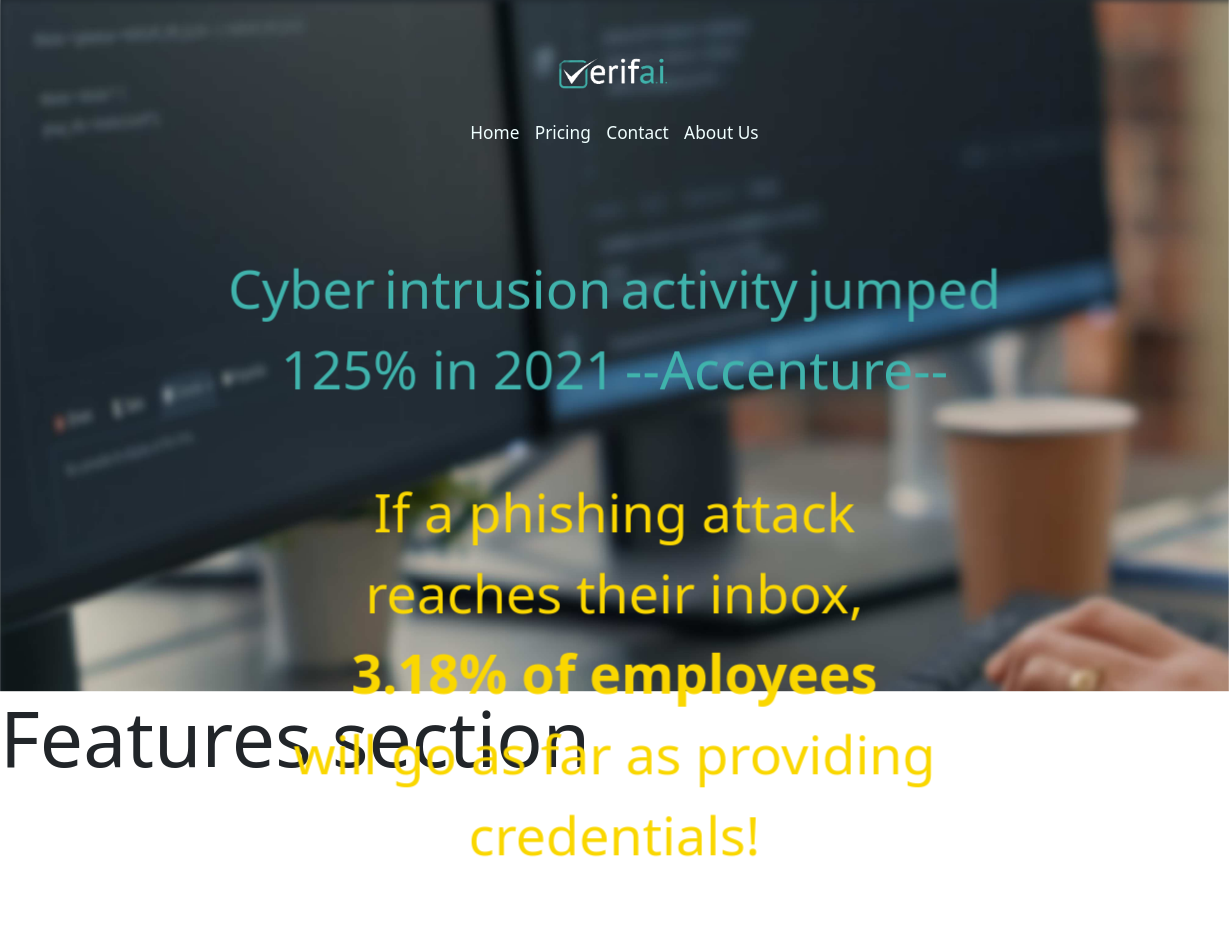
Repository: Ali-VB/verif-website
Page: /
These files come from the project's save history. The page is drawn as it stood at one moment and after the next save; the edit follows.
The browser window is 1280 px wide. The pictures show the whole page, at 96% of full size.
The project was rebuilt for these pictures with package versions that can differ from the ones it lists, and the page was loaded fresh each time.

Above is the page before, as saved 2022-04-19 09:35:28.

After the next save:
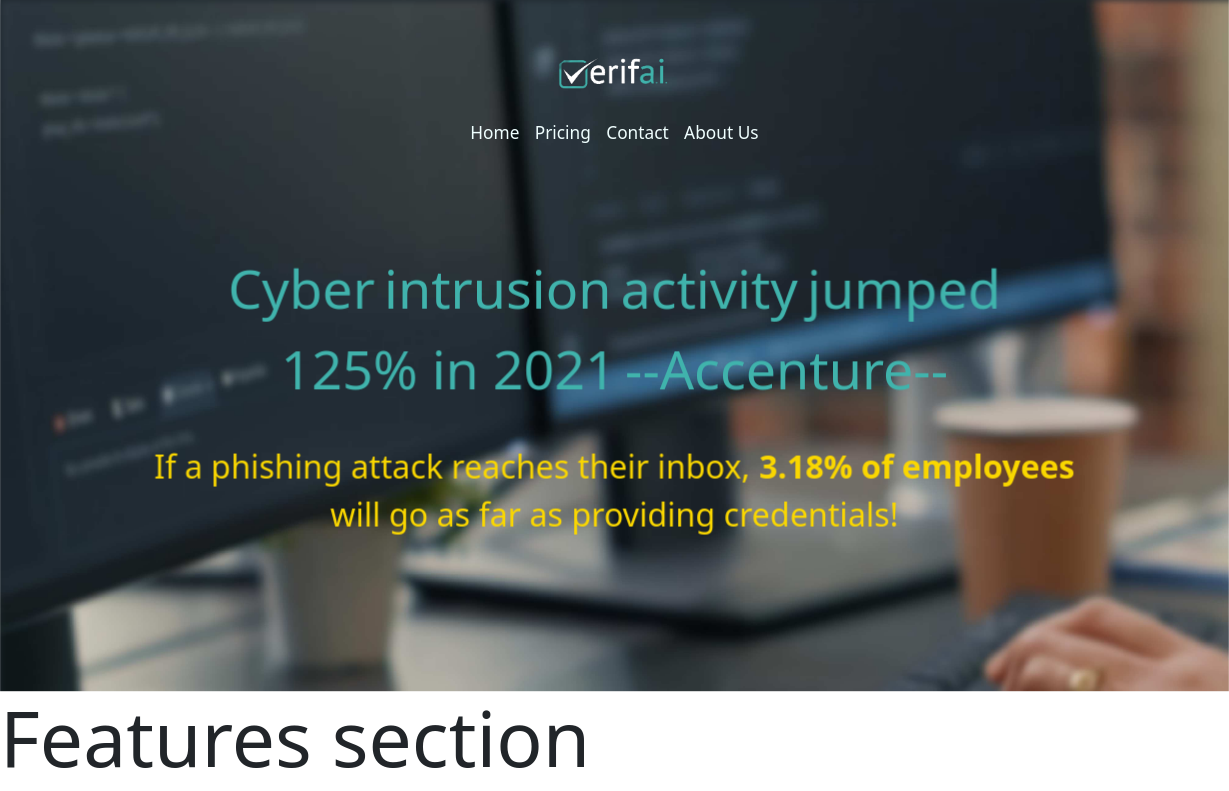
Saved 15 s later.
--- a/src/components/Header/Header.css
+++ b/src/components/Header/Header.css
@@ -105,6 +105,12 @@
 
 
       }
+      .text-second {
+        padding: 0.1rem 0.1rem;
+        width: 90%;
+        font-size:2.1rem;
+
+      }
   }
 
   @media only screen and (max-width: 768px) {
